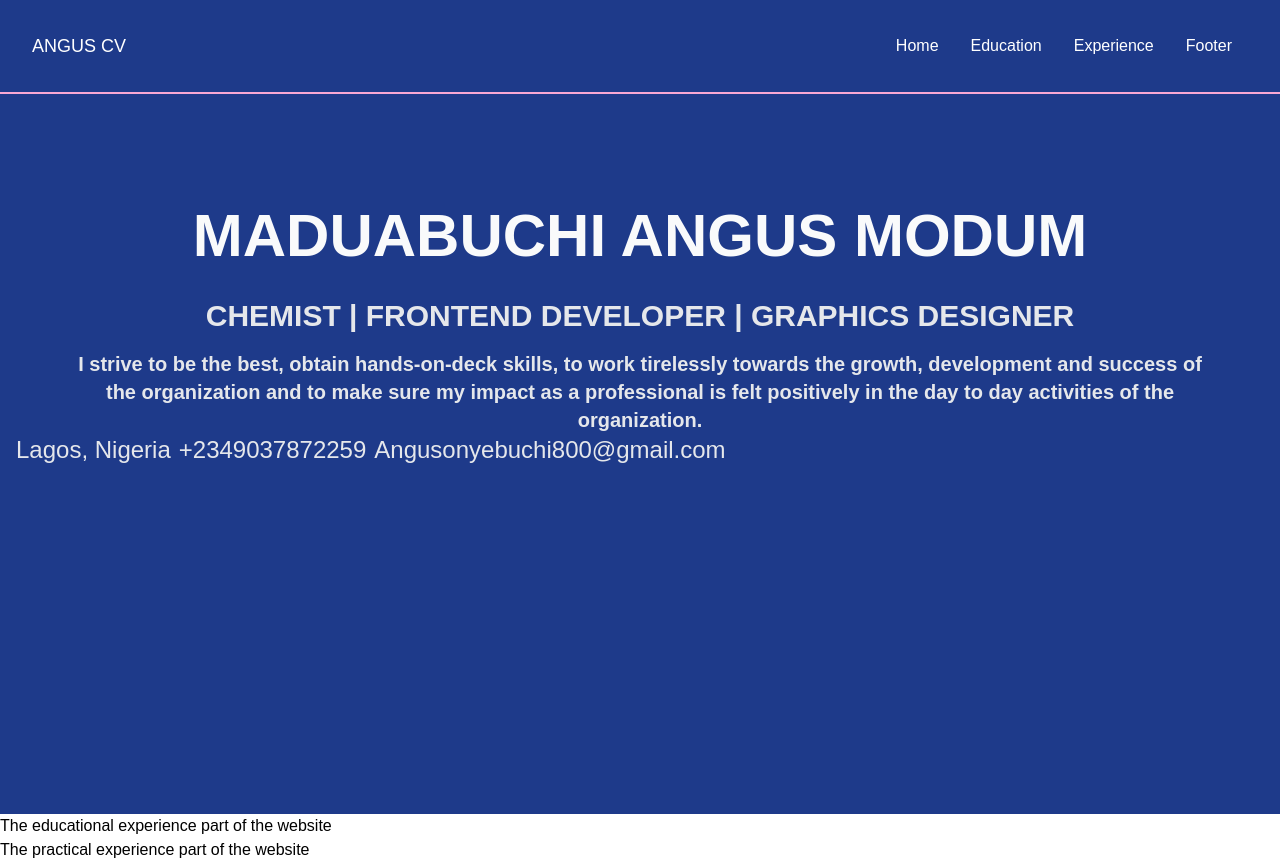
Repository: AngusOnyebuchi/AngusOnyebuchi.github.io
Page: /
The author's editor kept a copy of each file at every save. The page is drawn from the files as they stood at one save, then again after the next save.
The browser window is 1280 px wide. The pictures show the whole page.
The project was rebuilt for these pictures with package versions that can differ from the ones it lists, and the page was loaded fresh each time.

Above is the page before, as saved 2022-04-17 15:57:42.

After the next save:
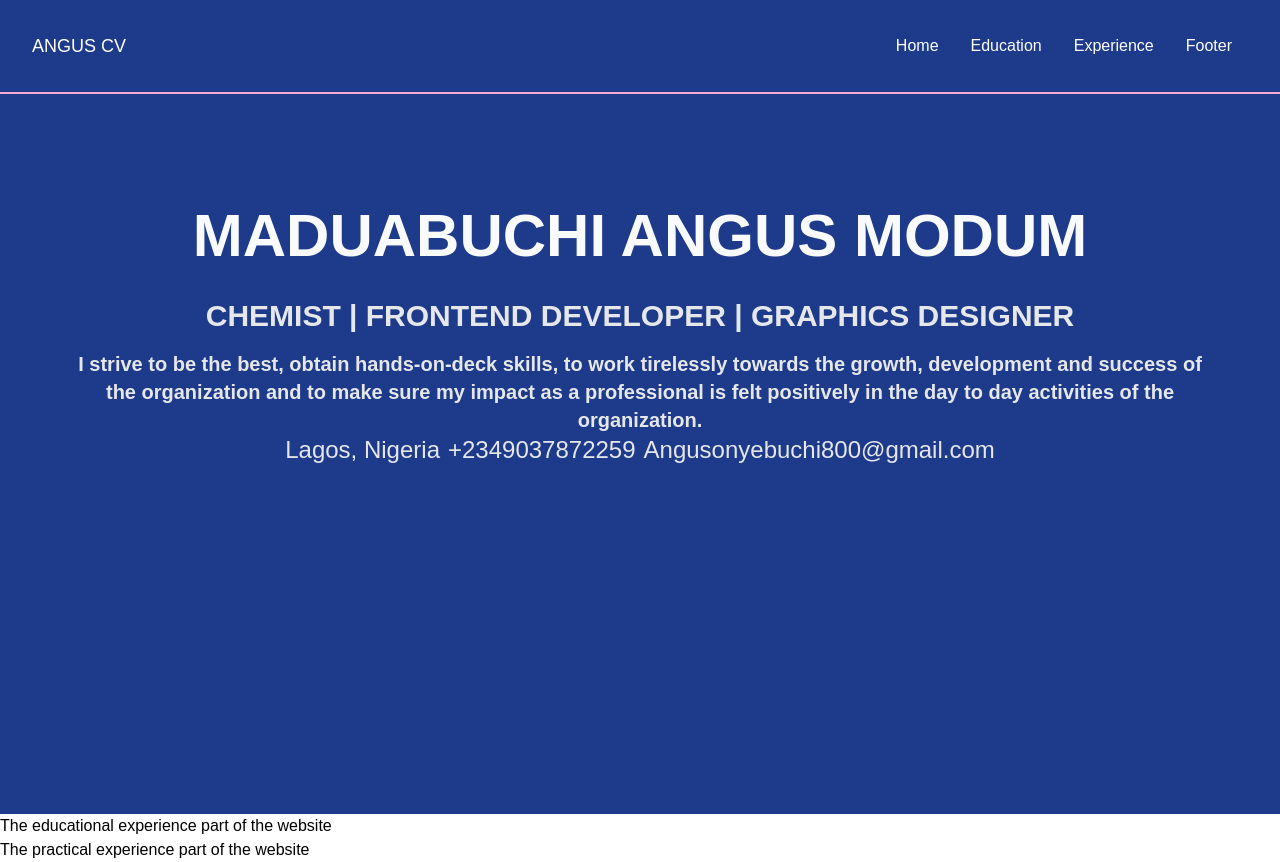
Saved 39 s later.
--- a/src/components/Home.js
+++ b/src/components/Home.js
@@ -9,7 +9,7 @@ export default function Home() {
                 to work tirelessly towards the growth, development and success of the organization and to make sure my impact
                 as a professional is felt positively in the day to day activities of the organization.</p>
 
-            <div className="flex flex-cols-3 gap-2 text-2xl text-center">
+            <div className="flex flex-cols-3 gap-2 text-2xl justify-center text-center">
                 <h4 className="mx-0">Lagos, Nigeria</h4>
                 <h4 className="mx-0">+2349037872259</h4>
                 <h4  className="mx-0">Angusonyebuchi800@gmail.com</h4>
